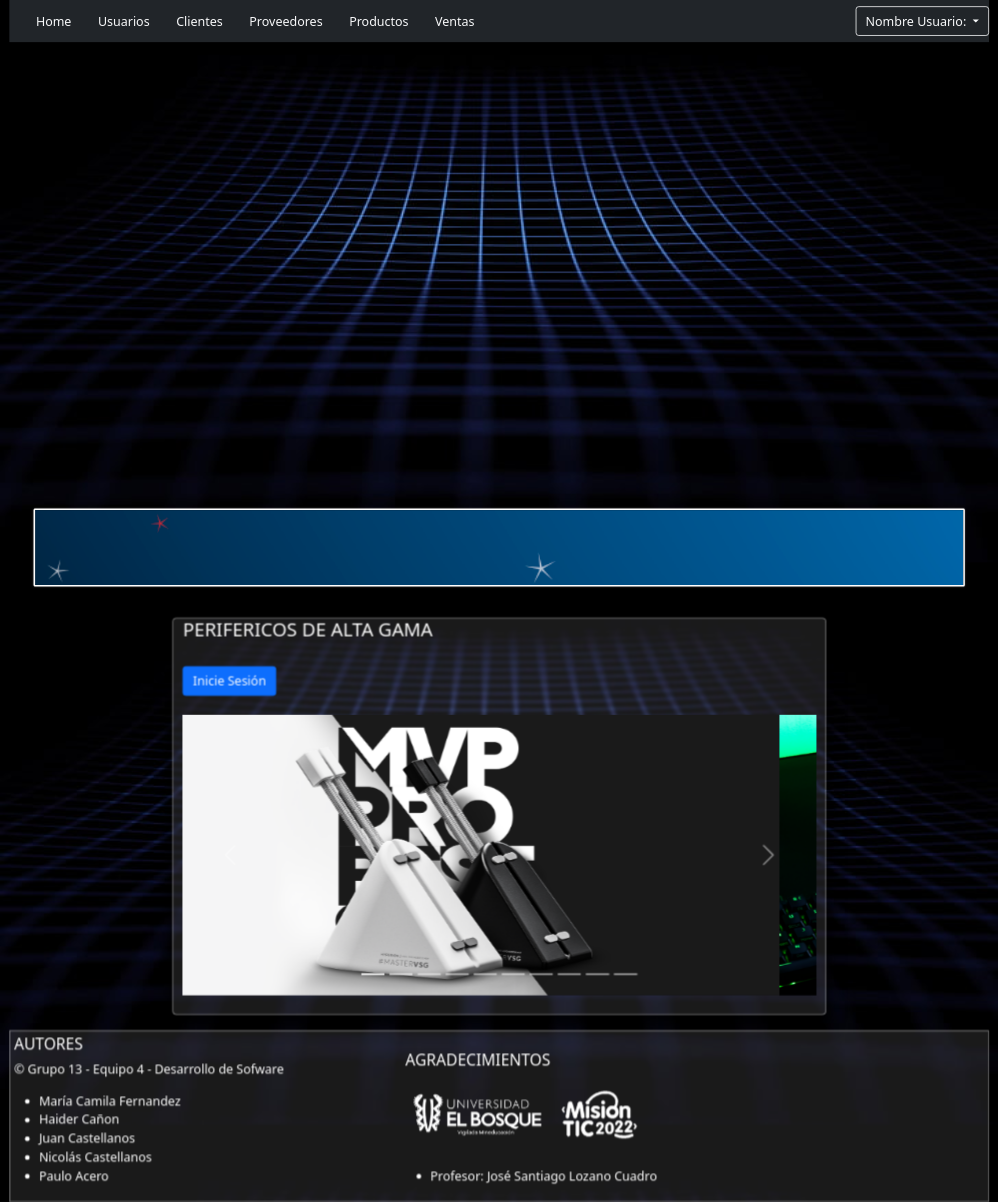
Repository: Grupo13E4/Tienda_Cypher
Page: http://localhost/Ciclo3demo/Principal.jsp
The author's editor kept a copy of each file at every save. The page is drawn from the files as they stood at one save, then again after the next save.
The browser window is 1280 px wide. The pictures show the whole page, at 78% of full size.
Backgrounds fixed to the window are drawn as part of the page. The page is served by Tomcat 9. Other server files are loaded and not shown. The template is opened directly, without the code that normally fills it, so the values that code supplies are empty.

Above is the page before, as saved 2021-09-23 16:39:13.

### Ciclo3demo/src/main/webapp/Principal.jsp
<%@ page language="java" contentType="text/html; charset=ISO-8859-1"
	pageEncoding="ISO-8859-1"%>
<!DOCTYPE html>
<html>
<head>
<meta charset="ISO-8859-1">
<link
	href="https://cdn.jsdelivr.net/npm/bootstrap@5.1.0/dist/css/bootstrap.min.css"
	rel="stylesheet"
	integrity="sha384-KyZXEAg3QhqLMpG8r+8fhAXLRk2vvoC2f3B09zVXn8CA5QIVfZOJ3BCsw2P0p/We"
	crossorigin="anonymous">
<link rel="stylesheet"
	href="https://cdnjs.cloudflare.com/ajax/libs/animate.css/4.1.1/animate.min.css" />
<link rel="stylesheet" href="cssPrincipal.css">
<link rel="icon" href="img/icon.jpg" type="image/x-icon">
<title>Pagina Principal</title>
</head>
<body>

	<div class="container-fluid">
		<nav class="navbar navbar-expand-lg navbar-dark bg-dark">
			<div class="container-fluid">
				<div class="collapse navbar-collapse" id="navbarNav">
					<ul class="navbar-nav">
						<li class="nav-item"><a
							style="margin-left: 10px; border: none"
							class="btn btn-outline-light" href="Controlador?menu=Principal">Home</a>
						</li>
						<li class="nav-item"><a
							style="margin-left: 10px; border: none"
							class="btn btn-outline-light"
							href="Controlador?menu=Usuarios&accion=Listar" target="myFrame">Usuarios</a>
						</li>
						<li class="nav-item">
							<a style="margin-left: 10px; border: none" class="btn btn-outline-light" href="Controlador?menu=Clientes"
							target="myFrame">Clientes</a>
						</li>
						<li class="nav-item">
							<a
							style="margin-left: 10px; border: none"
							class="btn btn-outline-light" href="Controlador?menu=Proveedores"
							target="myFrame">Proveedores</a>
						</li>
						<li class="nav-item">
							<a
							style="margin-left: 10px; border: none"
							class="btn btn-outline-light" href="Controlador?menu=Productos"
							target="myFrame">Productos</a>
						</li>
						<li class="nav-item">
							<a
							style="margin-left: 10px; border: none"
							class="btn btn-outline-light" href="Controlador?menu=Ventas"
							target="myFrame">Ventas</a>
						</li>
					</ul>
				</div>
			</div>
			<div class="dropdown">
				<button class="btn btn-outline-light dropdown-toggle" type="button"
					id="dropdownMenuButton1" data-bs-toggle="dropdown"
					aria-expanded="false">Nombre Usuario:
					${usuario.getNombre_usuario()}</button>
				<div class="dropdown-menu" aria-labelledby="dropdownMenuButton1">
					<a class="dropdown-item" href="#"><img src="img/User.png"
						width="40" alt="40"></a> <a class="dropdown-item" href="#">${usuario.getUsuario()}</a>
					<a class="dropdown-item" href="#">${usuario.getEmail_usuario()}</a>
					<div class="dropdown-divider"></div>
					<form class="dropdown-item" method="POST" action="#">
						<button class="btn btn-danger center-block" type="submit"
							name="accion" value="Salir">Cerrar Sesion</button>
					</form>
				</div>
			</div>
		</nav>
		<div class="m-4" style="height: 550px;">
			<iframe style="height: 100%; width: 100%; border: none"
				name="myFrame">

			<div>
				<h6>Titulo de la página principal</h6>
			</div>


			</iframe>
		</div>
			<!--Inicio Banner-->
   	        <div class = "banner">
                <h1>TIENDA HIGH TECH CYPHER</h1>
            </div>
    <!--Fin Banner-->

	<!-- Inicio Login -->
	<div class = "container col-lg-8">
		<h4>PERIFERICOS DE ALTA GAMA</h4>
		<div>
			<a class="btn btn-primary btn-lm mt-4" href="inicio.jsp" role="button">Inicie Sesión</a>
		</div>


<!--Fin Slider Carrousel-->
		<div id="carouselExampleCaptions" class="carousel slide mb-4 mt-4" data-bs-ride="carousel">
		  <div class="carousel-indicators">
		    <button type="button" data-bs-target="#carouselExampleCaptions" data-bs-slide-to="0" class="active" aria-current="true" aria-label="Slide 1"></button>
		    <button type="button" data-bs-target="#carouselExampleCaptions" data-bs-slide-to="1" aria-label="Slide 2"></button>
		    <button type="button" data-bs-target="#carouselExampleCaptions" data-bs-slide-to="2" aria-label="Slide 3"></button>
		    <button type="button" data-bs-target="#carouselExampleCaptions" data-bs-slide-to="3" aria-label="Slide 4"></button>
		    <button type="button" data-bs-target="#carouselExampleCaptions" data-bs-slide-to="4" aria-label="Slide 5"></button>
		    <button type="button" data-bs-target="#carouselExampleCaptions" data-bs-slide-to="5" aria-label="Slide 6"></button>
		    <button type="button" data-bs-target="#carouselExampleCaptions" data-bs-slide-to="6" aria-label="Slide 7"></button>
		    <button type="button" data-bs-target="#carouselExampleCaptions" data-bs-slide-to="7" aria-label="Slide 8"></button>
		    <button type="button" data-bs-target="#carouselExampleCaptions" data-bs-slide-to="8" aria-label="Slide 9"></button>
		    <button type="button" data-bs-target="#carouselExampleCaptions" data-bs-slide-to="9" aria-label="Slide 10"></button>
		  </div>
		  <div class="carousel-inner">
		    <div class="carousel-item active">
		      <img src="imgslider/img1.png" class="d-block w-100" alt="img1" width="400" height="360">
		    </div>
		    <div class="carousel-item">
		      <img src="imgslider/img2.png" class="d-block w-100" alt="img1" width="400" height="360">
		  </div>
		  <div class="carousel-item">
		      <img src="imgslider/img3.png" class="d-block w-100" alt="img1" width="400" height="360">
		  </div>
		  <div class="carousel-item">
		      <img src="imgslider/img4.png" class="d-block w-100" alt="img1" width="400" height="360">
		  </div>
		  <div class="carousel-item">
		      <img src="imgslider/img5.png" class="d-block w-100" alt="img1" width="400" height="360">
		  </div>
		  <div class="carousel-item">
		      <img src="imgslider/img6.png" class="d-block w-100" alt="img1" width="400" height="360">
		  </div>
		  <div class="carousel-item">
		      <img src="imgslider/img7.png" class="d-block w-100" alt="img1" width="400" height="360">
		  </div>
		  <div class="carousel-item">
		      <img src="imgslider/img8.png" class="d-block w-100" alt="img1" width="400" height="360">
		  </div>
		  <div class="carousel-item">
		      <img src="imgslider/img9.png" class="d-block w-100" alt="img1" width="400" height="360">
		  </div>
		  <div class="carousel-item">
		      <img src="imgslider/img10.png" class="d-block w-100" alt="img1" width="400" height="360">
		  </div>
		  <button class="carousel-control-prev" type="button" data-bs-target="#carouselExampleCaptions" data-bs-slide="prev">
		    <span class="carousel-control-prev-icon" aria-hidden="true"></span>
		    <span class="visually-hidden">Previous</span>
		  </button>
		  <button class="carousel-control-next" type="button" data-bs-target="#carouselExampleCaptions" data-bs-slide="next">
		    <span class="carousel-control-next-icon" aria-hidden="true"></span>
		    <span class="visually-hidden">Next</span>
		  </button>
		</div>
		<!--Fin Slider Carrousel-->
		</div>
</div>

	<!-- Inicio Footer -->
	<footer class="footer col-lg-12">
		<section class="section">
		<div class="autores">
			 <h5>AUTORES</h5>
                <p>&copy; Grupo 13 - Equipo 4 - Desarrollo de Sofware</p>
                 <ul>
                    <li><a href="#">María Camila Fernandez</a></li>
                    <li><a href="#">Haider Cañon</a></li>
                    <li><a href="#">Juan Castellanos</a></li>
                    <li><a href="#">Nicolás Castellanos</a></li>
                    <li><a href="#">Paulo Acero</a></li>

                </ul>
		</div>
		<div class="agra">
		<h5>AGRADECIMIENTOS</h5>
                <p>
                	<a href="#"><img alt="Mintic2022" src="img/minticuec.png"></a>

                </p>
                 <ul>
                    <li><a href="#">Profesor: José Santiago Lozano Cuadro</a></li>
                </ul>
		</div>
		</section>
	</footer>
	<!-- Fin Footer -->

	</div>


	<script
		src="https://cdn.jsdelivr.net/npm/@popperjs/core@2.9.3/dist/umd/popper.min.js"
		integrity="sha384-W8fXfP3gkOKtndU4JGtKDvXbO53Wy8SZCQHczT5FMiiqmQfUpWbYdTil/SxwZgAN"
		crossorigin="anonymous">
	</script>
	<script src="https://cdn.jsdelivr.net/npm/bootstrap@5.1.1/dist/js/bootstrap.min.js"
		integrity="sha384-skAcpIdS7UcVUC05LJ9Dxay8AXcDYfBJqt1CJ85S/CFujBsIzCIv+l9liuYLaMQ/"
		crossorigin="anonymous">
	</script>
</body>
</html>

### Ciclo3demo/src/main/webapp/cssPrincipal.css
@charset "ISO-8859-1";

body {

    margin: 0;
    background: url(img/wallpaper1.jpg);
    background-size: cover;
    background-attachment: fixed;
}

.container{
	margin-top: 40px;
	background-color: rgba(255, 255, 255, 0.1);
	backdrop-filter: blur(2px);
	border: solid 1px rgba(255, 255, 255, 0.5);
	border-radius: 5px;
	box-shadow: 0px 10px 20px 5px rgba(0, 0, 0, 0.8);
	color: white;
}

.form {
	background-color: rgba(0, 0, 0, 0.2);
	box-shadow: 0px 10px 20px 5px rgba(0, 0, 0, 0.1);
}


.form:focus {
	background-color: rgba(0, 0, 0, 0.5);
	box-shadow: 0px 10px 20px 5px rgba(0, 0, 0, 0.2);
	color: white;
}

h3 {
    text-align: center;
    font-size: 38px;
    text-transform: uppercase;
    letter-spacing: 2px;
    margin-top: 5px;
    text-shadow: 0px 1px 2px #333333;
    transition: all 400ms;
    animation: bounce;
    animation-duration: 5s;
}

h3:hover {
    text-shadow: 0px 2px 3px #333333, 0px 0px 10px #abfc03;
}

h3 {
	color: #ffffff;
}

label {
    text-align: center;
    font-size: 15px;
    text-transform: uppercase;
    letter-spacing: 2px;
    margin-top: 30px;
    text-shadow: 0px 1px 2px #333333;
    transition: all 400ms;
}

label:hover {
    text-shadow: 0px 2px 3px #333333, 0px 0px 10px #abfc03;
}

label {
	color: #ffffff;
}

/*Banner*/
.banner {
	margin: 0 auto;
    width: 95%;
    height: 100px;
    border: 2px solid white;
    box-shadow: 0px 0px 2px gray;
    background: url("img/bakbaner.png");
    background-position: -300px -200px;
    margin-top: 20px;
    margin-bottom: 20px;
    border-radius: 2px;
    overflow: hidden;
    animation: backBanner 10s linear;
}

@keyframes backBanner {
    0% {
        background-position: 0px 0px;
    }
    100% {
        background-position: -300px -200px;
    }
}


.banner h1 {
    display: block;
    width: 100%;
    color: white;
    font-size: 45px;
    text-align: center;
    font-weight: normal;
    letter-spacing: 2px;
    text-shadow: 2px 2px 4px black;
    margin: 20px auto;
    margin-bottom: 20px;
    animation: showText 10s linear;
}

@keyframes showText {
    0% {
        transform: translateX(-600%) scale(5,5);
        opacity: 1;
    }
    50% {
        transform: translateX(600%) scale(5,5);
        opacity: 1;
    }
    75% {
        transform: translateX(-600%) scale(5,5);
        text-shadow: none;
        color: transparent;
        opacity: 0;
    }
    100% {
        transform: translateX(0%) scale(1,1);
        text-shadow: 2px 2px 4px black;
        color: white;
        opacity: 1;
    }
}

.footer{
	width: 100%;
	margin-top: 20px;
	padding: 5px;
	background-color: rgba(255, 255, 255, 0.1);
	backdrop-filter: blur(2px);
	border: solid 1px rgba(255, 255, 255, 0.5);
	color: white;

}

.autores {
	float: none;
	display: inline-block;
	width: 40%;
}

.agra {
	float: none;
	display: inline-block;
	width: 40%;
}

.footer img{
	width: 300px;
	height: 80px;
	margin: 10px;
	animation: zoomInUp;
    animation-duration: 4s;
}

.footer a {
    text-decoration: none;
    color: white;
    transition: all 300ms;
}

.footer ul li:hover a {
    padding-left: 30px;
    color: #37bcf9;
    width: 100%;
}

After the next save:
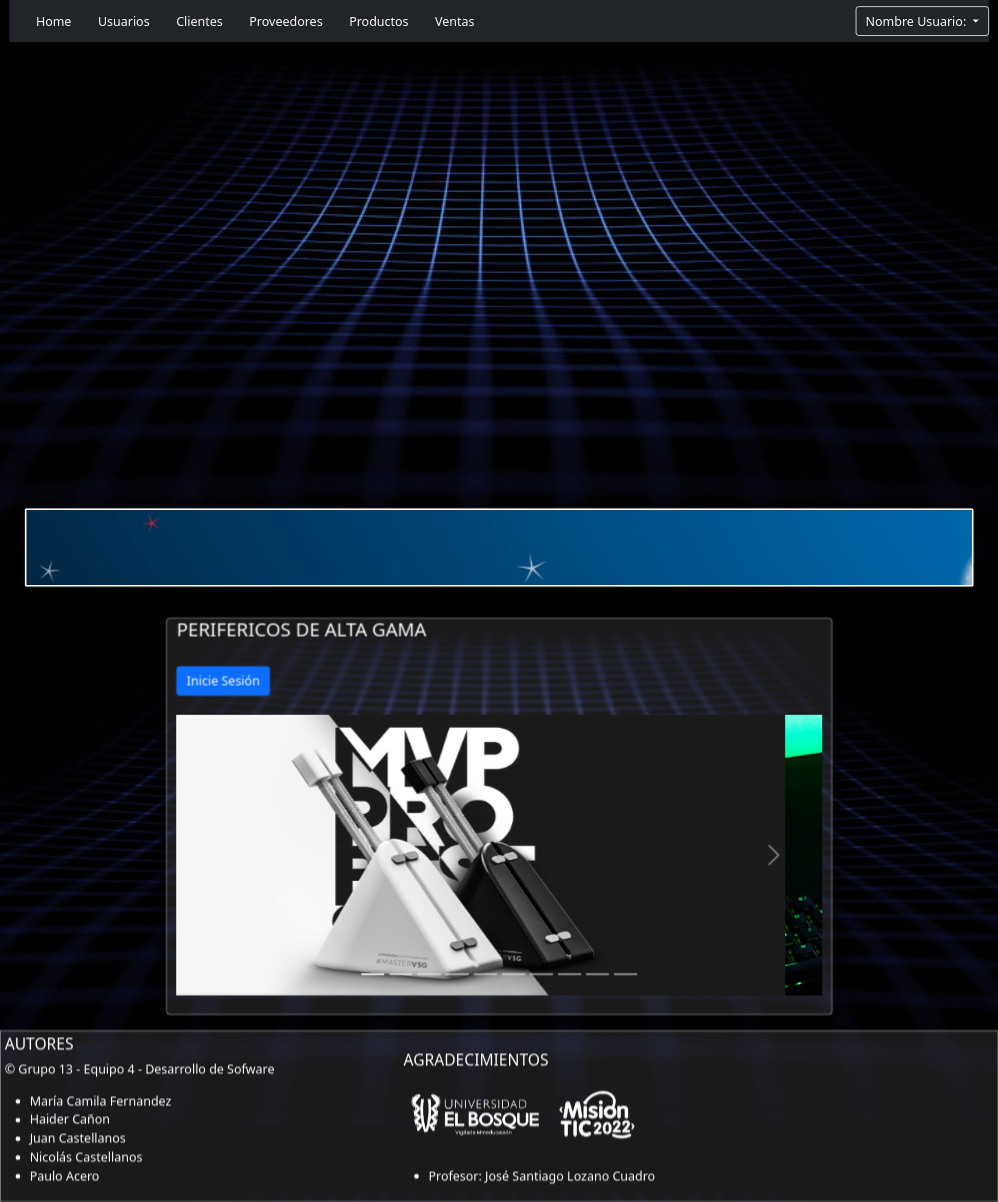
Saved 3 min 27 s later.
--- a/Ciclo3demo/src/main/webapp/Principal.jsp
+++ b/Ciclo3demo/src/main/webapp/Principal.jsp
@@ -76,15 +76,12 @@
 		<div class="m-4" style="height: 550px;">
 			<iframe style="height: 100%; width: 100%; border: none"
 				name="myFrame">
-
-			<div>
-				<h6>Titulo de la página principal</h6>
-			</div>
-
-
 			</iframe>
 		</div>
-			<!--Inicio Banner-->
+
+	</div>
+
+	<!--Inicio Banner-->
    	        <div class = "banner">
                 <h1>TIENDA HIGH TECH CYPHER</h1>
             </div>
@@ -185,7 +182,6 @@
 	</footer>
 	<!-- Fin Footer -->
 
-	</div>
 
 
 	<script
